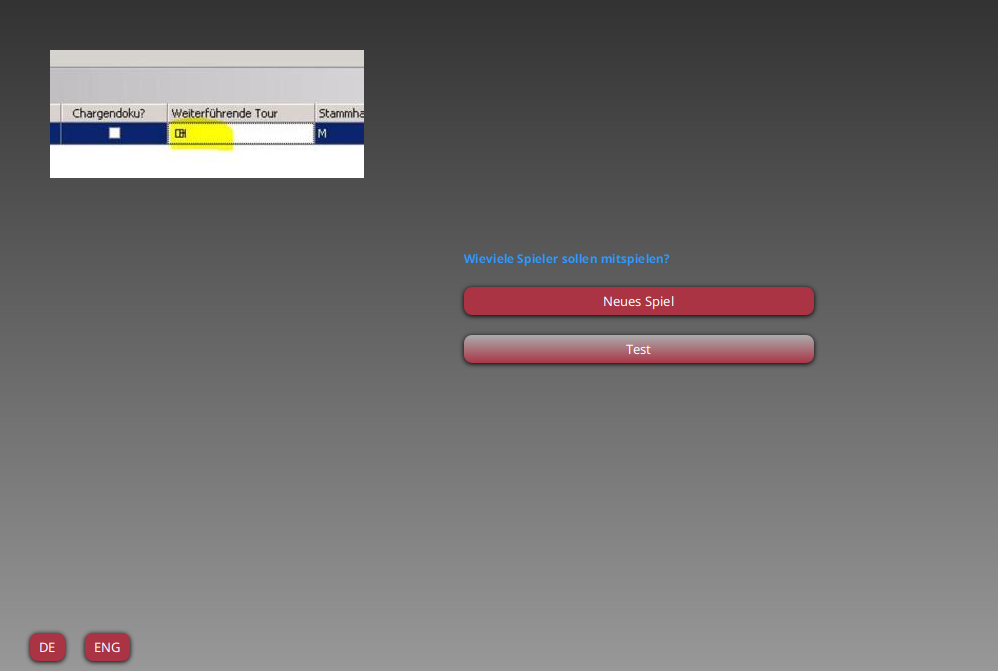
Repository: berger-designz/MenschAergereDichNicht
Program's window: java MenschAergereDichNicht/src/Game_GUI/GUI_Primary.java
An editor plug-in stored every save of this project. The program's window is shown before and after the next save, followed by the edit.
It runs on Java 21 on a 1366 x 768 screen with JavaFX 11; the title bar is not drawn. It also reads MenschAergereDichNicht/src/style/test_pic_1.jpg.

Above is the program's window before, as saved 2016-05-25 13:39:18.

### MenschAergereDichNicht/src/Game_GUI/GUI_Primary.java
package Game_GUI;

import java.io.File;
import java.io.IOException;

import javafx.application.Application;
import javafx.application.Platform;
import javafx.collections.FXCollections;
import javafx.collections.ObservableList;
import javafx.event.EventHandler;
import javafx.fxml.FXMLLoader;
import javafx.geometry.Insets;
import javafx.scene.Scene;
import javafx.scene.control.Button;
import javafx.scene.control.Label;
import javafx.scene.control.ListView;
import javafx.scene.control.ToolBar;
import javafx.scene.image.Image;
import javafx.scene.image.ImageView;
import javafx.scene.layout.BorderPane;
import javafx.scene.layout.HBox;
import javafx.scene.layout.VBox;
import javafx.scene.paint.Color;
import javafx.scene.text.Font;
import javafx.scene.text.FontWeight;
import javafx.stage.Stage;
import javafx.stage.WindowEvent;

public class GUI_Primary extends Application
{

	private static Label top_label;
	private static Label bottom_label;
	private static Button gameStart_Button;
	private static Button test_button;
	private static Button lang_de_Button;
	private static Button lang_en_Button;
	private static ToolBar main_toolbar;

	public void startView(){
		// show GUI (JavaFX)
		String value = ""; // TODO: Welcher wert muss da sein ?
		launch(value);
		System.out.println("started");

	}

	@Override
	public void start(Stage stage) throws Exception
	{
		/*Image img1 = new Image ("test_pic_1.jpg");
		ImageView imgView1 = new ImageView(img1);*/
		Image img1 = new Image (new File("src/style/test_pic_1.jpg").toURI().toString());
		ImageView imgView1 = new ImageView(img1);

		/*Image img2 = new Image ("style/table.jpg", true);
		ImageView sub_image = new ImageView(img2);*/


		top_label = new Label("Wieviele Spieler sollen mitspielen?");
		top_label.setTextFill(Color.web("#2E9AFE"));
		top_label.setFont(Font.font("Verdana", FontWeight.BOLD, 12));

		bottom_label = new Label();
		bottom_label.setTextFill(Color.web("#2E9AFE"));
		bottom_label.setFont(Font.font("Verdana", FontWeight.BOLD, 12));





		gameStart_Button = new Button("Neues Spiel");
		gameStart_Button.setMaxSize(350, 0);
		test_button = new Button("Test");
		test_button.setMaxSize(350, 0);

		lang_de_Button = new Button("DE");
		lang_de_Button.setMaxWidth(350);
		lang_de_Button.setMaxWidth(Double.MAX_VALUE);
		lang_en_Button = new Button("ENG");
		lang_en_Button.setMaxSize(50, 0);
		lang_en_Button.setMaxWidth(Double.MAX_VALUE);

		VBox vbox = new VBox();
		vbox.getChildren().addAll(top_label, gameStart_Button, test_button);
		vbox.setPadding(new Insets(250, 50, 50, 50));
		vbox.setSpacing(20);


		HBox hbox_bottom = new HBox();
		hbox_bottom.getChildren().addAll(bottom_label, lang_de_Button, lang_en_Button);
		hbox_bottom.setSpacing(5);
		hbox_bottom.setPadding(new Insets(10, 10, 10, 10));
		hbox_bottom.setSpacing(20);

		HBox hbox_left = new HBox();
		hbox_left.getChildren().addAll(imgView1);
		hbox_left.setPadding(new Insets(50, 50, 50, 50));

		HBox hbox_right = new HBox();
		hbox_right.setPadding(new Insets(50, 50, 50, 50));

		BorderPane main_pane = new BorderPane();
		main_pane.setCenter(vbox);
		main_pane.setLeft(hbox_left);
		main_pane.setBottom(hbox_bottom);
		main_pane.setRight(hbox_right);

		Scene main_scene = new Scene(main_pane);
		main_scene.getStylesheets().add("style/style.css");

		stage.centerOnScreen();
		stage.setTitle("Game - Mensch ärgere Dich nicht");
		stage.setHeight(700);
		stage.setWidth(1000);
		stage.setScene(main_scene);
		stage.show();
		stage.setOnCloseRequest(new EventHandler<WindowEvent>() {
            public void handle(WindowEvent t) {
                Platform.exit();
                System.exit(0);
            }
        });



	}
	}

### MenschAergereDichNicht/src/style/style.css
.root {
	-fx-background-color: linear-gradient(#333333, #999999);
}

.button {
	-fx-background-color: #AA3344;
	-fx-text-fill: #FFFFFF;
	-fx-background-radius: 8,7,6;
    -fx-background-insets: 0,1,2;
    -fx-effect: dropshadow( three-pass-box , rgba(0,0,0,3) , 5, 0.0 , 0 , 1 );
}

.button:hover {
	-fx-background-color: linear-gradient(#AAAAAA, #AA3344);
	-fx-text-fill: #FFFFFF;
	-fx-border-radius: 5;
}

.button:pressed {
    -fx-effect: dropshadow( gaussian , rgba(0,0,0,0.7) , 10,0,0,1 );
    -fx-effect: innershadow( gaussian , rgba(0,0,0,0.7) , 20,0,0,0 );
}

.text-field {
	-fx-border-color: #AAAAAA;
	-fx-border-width: 2px;
}

.list-view {
	-fx-font: bold 12pt "Comic Sans MS";
}

.list-view *.scroll-bar:vertical {
    -fx-background-color: #AA3344;
    -fx-background-radius: 5;
}

.list-view:hover *.scroll-bar:vertical {
    -fx-background-color: linear-gradient(#AAAAAA, #AA3344);
    -fx-background-radius: 5;
}

After the next save:
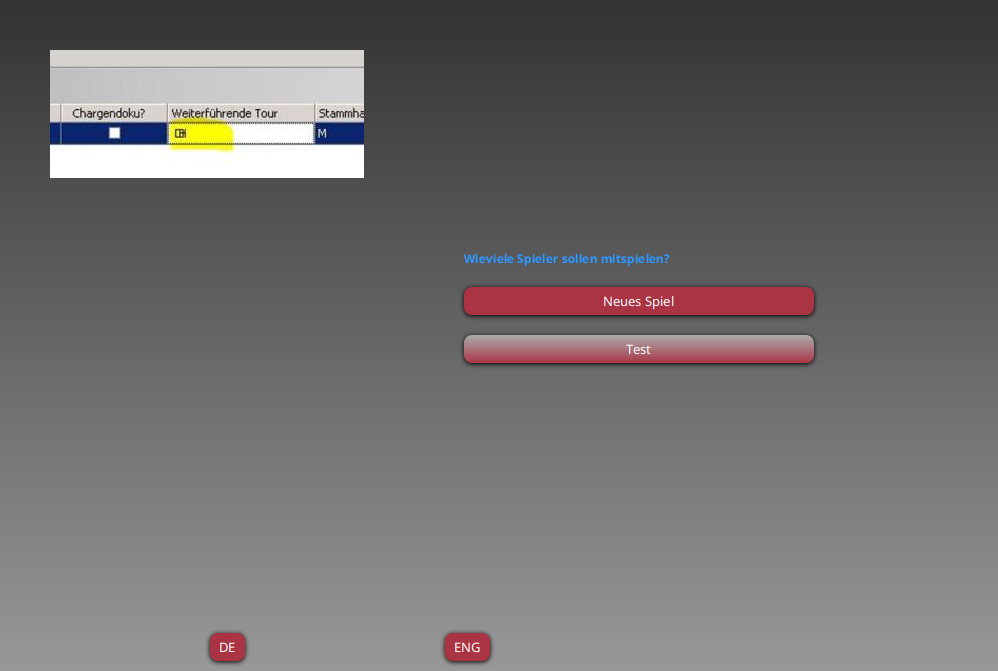
Saved 39 s later.
--- a/MenschAergereDichNicht/src/Game_GUI/GUI_Primary.java
+++ b/MenschAergereDichNicht/src/Game_GUI/GUI_Primary.java
@@ -91,7 +91,7 @@
 		hbox_bottom.getChildren().addAll(bottom_label, lang_de_Button, lang_en_Button);
 		hbox_bottom.setSpacing(5);
 		hbox_bottom.setPadding(new Insets(10, 10, 10, 10));
-		hbox_bottom.setSpacing(20);
+		hbox_bottom.setSpacing(200);
 
 		HBox hbox_left = new HBox();
 		hbox_left.getChildren().addAll(imgView1);
